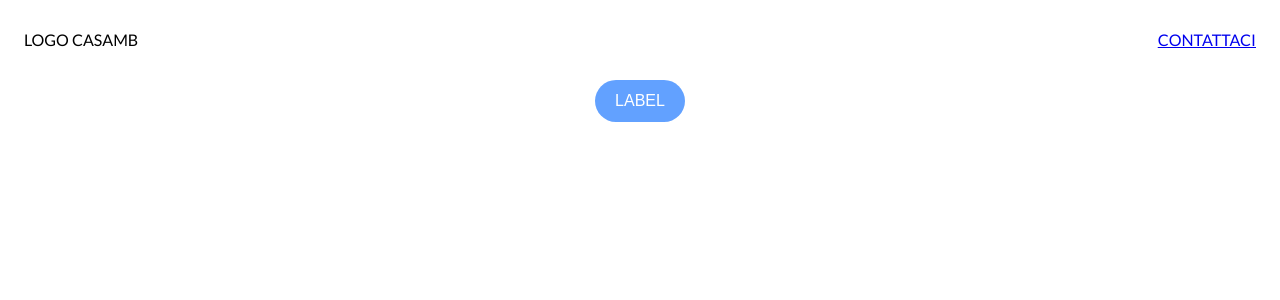
Repository: nicolorz/casamb
Page: /
These files come from the project's save history. The page is drawn as it stood at one moment and after the next save; the edit follows.
The browser window is 1280 px wide. The pictures show the whole page.
The project was rebuilt for these pictures with package versions that can differ from the ones it lists, and the page was loaded fresh each time. Also part of the build but not shown: src/index.css, src/App.css.

Above is the page before, as saved 2023-07-18 17:47:48.

After the next save:
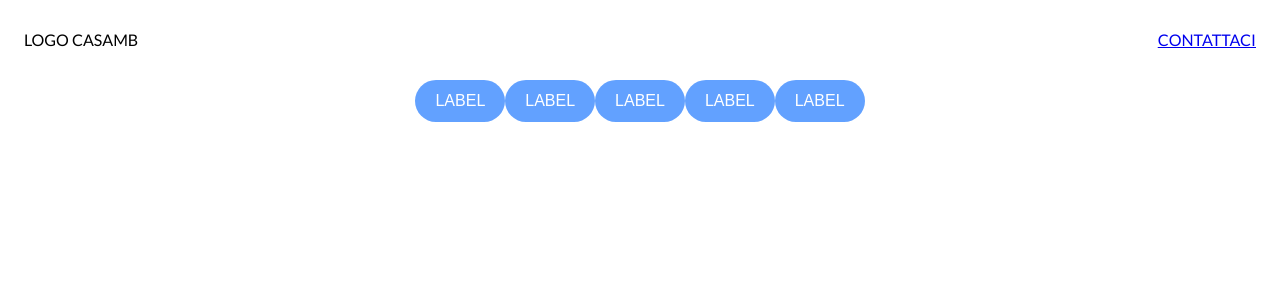
Saved 84 s later.
--- a/src/components/HeaderWrapper/HeaderBottom.js
+++ b/src/components/HeaderWrapper/HeaderBottom.js
@@ -3,7 +3,13 @@ import { SortingBtn } from "../SortingBtn/Sortingbtn"
 export const HeaderBottom = () => {
     return (
         <div className="header-bottom">
-            <SortingBtn />
+            <div className="sorting-area">
+                <SortingBtn />
+                <SortingBtn />
+                <SortingBtn />
+                <SortingBtn />
+                <SortingBtn />
+            </div>
         </div>
     )
 }
